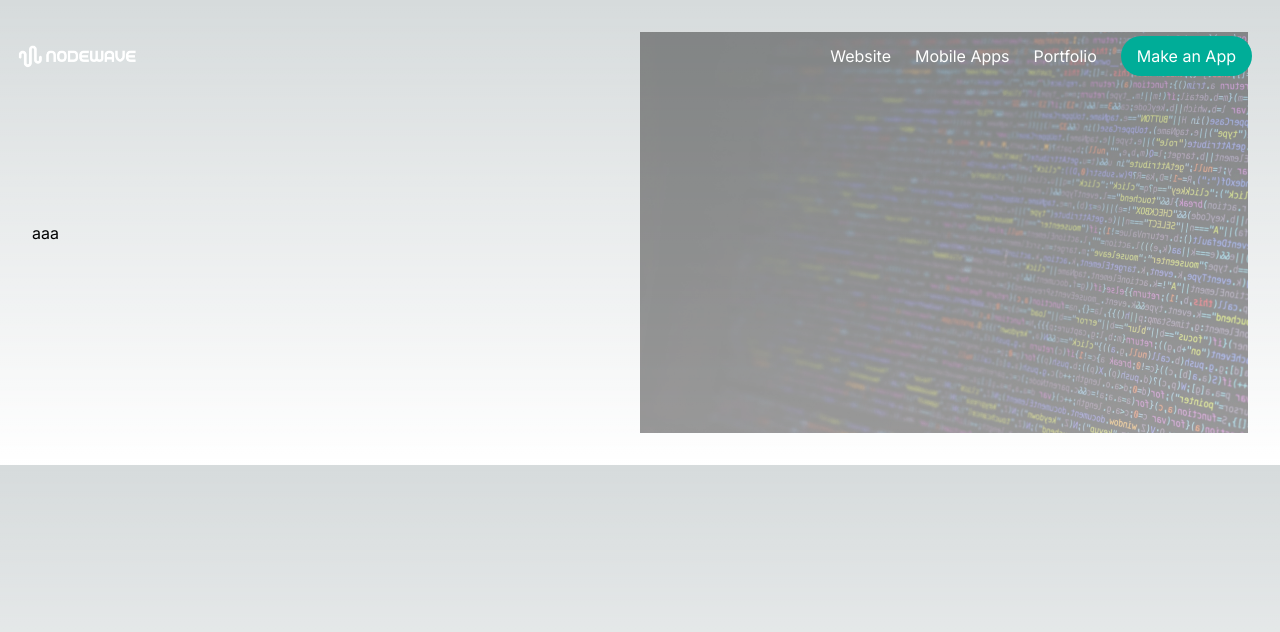
Repository: farrelmuhammad/nodewave
Page: /
An editor plug-in stored every save of this project. The page is shown before and after the next save, followed by the edit.
The browser window is 1280 px wide. The pictures show the whole page.
The project was rebuilt for these pictures with package versions that can differ from the ones it lists, and the page was loaded fresh each time. The framework's server and built-in components were replaced by stand-ins that run in the browser. Also part of the build but not shown: next.config.js.

Above is the page before, as saved 2023-09-08 13:05:19.

### src/app/page.js
import Hero from '@/components/Hero'
import Navbar from '@/components/Navbar'

export default function Home() {
  return (
    <>
      <Navbar />
      <Hero />
    </>
  )
}

### src/app/globals.css
@tailwind base;
@tailwind components;
@tailwind utilities;

@import url('https://fonts.googleapis.com/css2?family=Poppins:wght@300;400;500;600;700&display=swap');

:root {
  --foreground-rgb: 0, 0, 0;
  --background-start-rgb: 214, 219, 220;
  --background-end-rgb: 255, 255, 255;
  font-family: 'Poppins', sans-serif;
}

@media (prefers-color-scheme: dark) {
  :root {
    --foreground-rgb: 255, 255, 255;
    --background-start-rgb: 0, 0, 0;
    --background-end-rgb: 0, 0, 0;
  }
}

body {
  color: rgb(var(--foreground-rgb));
  background: linear-gradient(
      to bottom,
      transparent,
      rgb(var(--background-end-rgb))
    )
    rgb(var(--background-start-rgb));
}

@media only screen and (max-width: 768px) {
  .hero .hero-image,
  .hero .hero-caption {
    min-height: 90vh;
  }
  .hero .hero-cta {
    @apply w-12 h-12;
    transform: translateX(-75px) translateY(-50%);
    background-size: 37.5%;
  }
}

### src/components/Hero.jsx
import React from "react";
import Image from "next/image";

const Hero = () => {
  return (
    <main className="flex items-center w-full p-8 hero">
      <div className="w-1/2">aaa</div>
      <div className="w-1/2">
        <div class="relative hero-image">
          <div class="overlay inset-0 bg-black opacity-35 z-10"></div>
          <img
            src="/assets/background.png"
            alt="hero 1"
            class="absolute inset-0 md:relative w-full h-full object-cover object-center"
          />
        </div>
      </div>
    </main>
  );
};

export default Hero;

### src/components/Navbar.jsx
import React from "react";
import Image from "next/image";

const Navbar = () => {
  return (
    <header class="absolute w-full z-50 px-4">
      <div class="container mx-auto py-5">
        <div class="flex flex-stretch items-center">
          <div class="w-56 items-center flex">
            <Image src="/assets/Logo.png" width={226} height={100} alt="Logo" />
          </div>
          <div class="w-full"></div>
          <div class="w-auto py-4">
            <ul
              class="fixed bg-white inset-0 flex flex-col invisible items-center justify-center opacity-0 md:visible md:flex-row md:bg-transparent md:relative md:opacity-100 md:flex md:items-center"
              id="menu"
            >
              <li class="mx-3 py-6 md:py-0">
                <a href="#" class="text-black md:text-white hover:underline">
                  Website
                </a>
              </li>
              <li class="mx-3 py-6 md:py-0">
                <a
                  href="#"
                  class="text-black md:text-white hover:underline whitespace-nowrap overflow-ellipsis"
                >
                  Mobile Apps
                </a>
              </li>
              <li class="mx-3 py-6 md:py-0">
                <a href="#" class="text-black md:text-white hover:underline">
                  Portfolio
                </a>
              </li>
              <li class="mx-3 py-6 md:py-0">
                <button class="px-4 py-2 bg-[#00AD98] rounded-full">
                  <a
                    href="#"
                    class="text-black md:text-white hover:underline whitespace-nowrap overflow-ellipsis"
                  >
                    Make an App
                  </a>
                </button>
              </li>
            </ul>
          </div>
          <div class="w-auto">
            <ul class="items-center flex">
              <li class="ml-6 block md:hidden">
                <button
                  id="menu-toggler"
                  class="relative flex z-50 items-center justify-center w-8 h-8 text-black md:text-white focus:outline-none"
                >
                  <svg
                    class="fill-current"
                    width="18"
                    height="17"
                    viewBox="0 0 18 17"
                  >
                    <path d="M15.9773 0.461304H1.04219C0.466585 0.461304 0 0.790267 0 1.19609C0 1.60192 0.466668 1.93088 1.04219 1.93088H15.9773C16.5529 1.93088 17.0195 1.60192 17.0195 1.19609C17.0195 0.790208 16.5529 0.461304 15.9773 0.461304Z" />
                    <path d="M15.9773 7.68802H1.04219C0.466585 7.68802 0 8.01698 0 8.42281C0 8.82864 0.466668 9.1576 1.04219 9.1576H15.9773C16.5529 9.1576 17.0195 8.82864 17.0195 8.42281C17.0195 8.01692 16.5529 7.68802 15.9773 7.68802Z" />
                    <path d="M15.9773 14.9147H1.04219C0.466585 14.9147 0 15.2437 0 15.6495C0 16.0553 0.466668 16.3843 1.04219 16.3843H15.9773C16.5529 16.3843 17.0195 16.0553 17.0195 15.6495C17.0195 15.2436 16.5529 14.9147 15.9773 14.9147Z" />
                  </svg>
                </button>
              </li>
            </ul>
          </div>
        </div>
      </div>
    </header>
  );
};

export default Navbar;

Loaded but not shown: src/app/layout.js (common file); tailwind.config.js (common file)

After the next save:
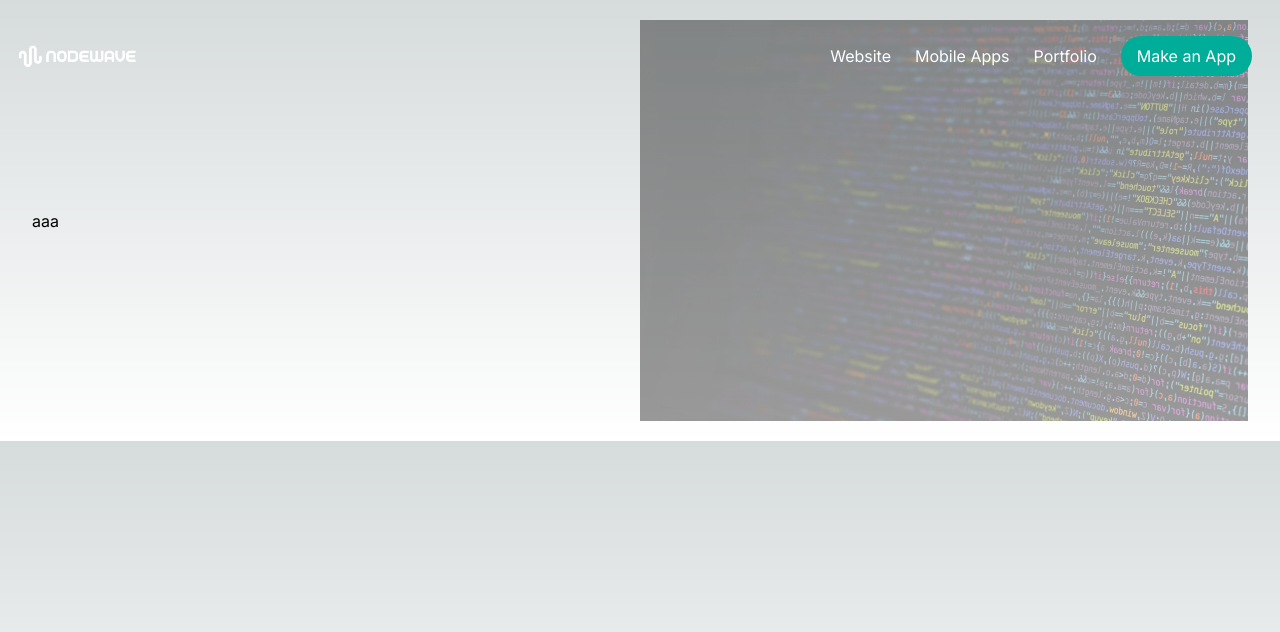
Saved 9 s later.
--- a/src/components/Hero.jsx
+++ b/src/components/Hero.jsx
@@ -3,7 +3,7 @@
 
 const Hero = () => {
   return (
-    <main className="flex items-center w-full p-8 hero">
+    <main className="flex items-center w-full p-8 py-5 hero">
       <div className="w-1/2">aaa</div>
       <div className="w-1/2">
         <div class="relative hero-image">
